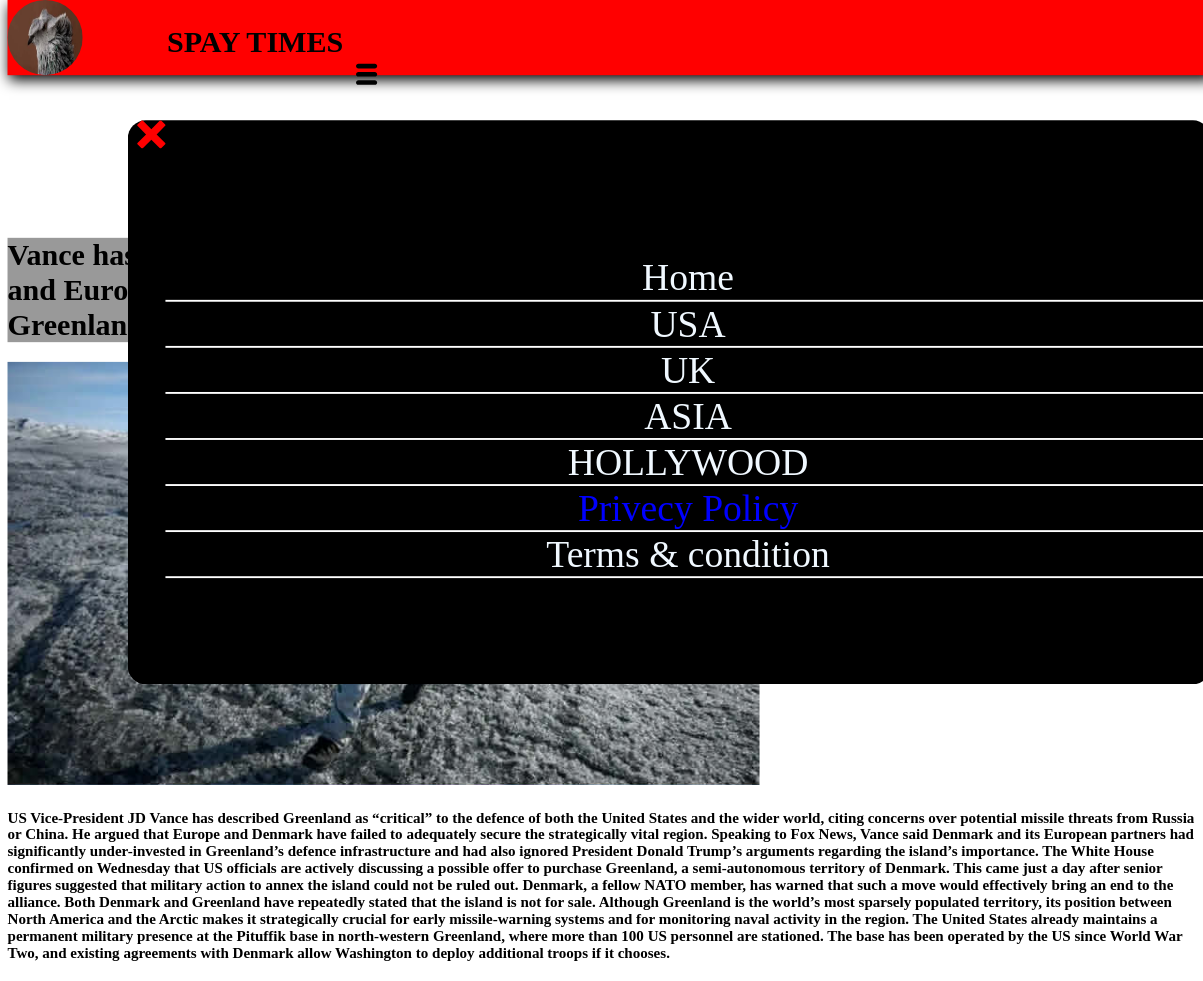
Repository: ridhukhan/spytimes
Page: /, after clicking the first element matching `svg`
An editor plug-in stored every save of this project. The page is shown before and after the next save, followed by the edit.
The browser window is 1280 px wide. The pictures show the whole page, at 94% of full size.
The project was rebuilt for these pictures with package versions that can differ from the ones it lists, and the page was loaded fresh each time. Also part of the build but not shown: vite.config.js.

Above is the page before, as saved 2026-01-10 07:29:15.

### index.html
<!doctype html>
<html lang="en">
  <head>
    <meta charset="UTF-8" />
    <link rel="icon" type="image/svg+xml" href="/vite.svg" />
    <meta name="6a97888e-site-verification" content="945cf2ffcb6885b11db89e632c2e0750">

    <meta name="viewport" content="width=device-width, initial-scale=1.0" />
    <title>spytimes</title>
  </head>
  <body>
    <div id="root"></div>
    <script type="module" src="/src/main.jsx"></script>
  </body>
</html>

### src/main.jsx
import { StrictMode } from 'react'
import {BrowserRouter} from "react-router-dom"

import { createRoot } from 'react-dom/client'
import './index.css'
import App from './App.jsx'
createRoot(document.getElementById('root')).render(
  <StrictMode>
    <BrowserRouter>
    <App />
    </BrowserRouter>
  </StrictMode>,
)

### src/index.css
@media screen and (max-width:414px){
  *{
    width: 100%;
    padding:0;
margin: 0;
  }

  body{
width: 100%;
background-color: white;
color: black;
  }
}

### src/App.jsx
import { Route, Routes } from "react-router-dom"
import Navbar from "./nav/Navbar"
import Home from "./pages/home/Home"



function App() {

  return (
    <div>
   <Navbar/>
   <Routes>
    <Route path="/" element={<Home/>}/>
   </Routes>
    </div>
  )
}

export default App

### src/nav/Navbar.jsx
import React from 'react'
import "./Navbar.css"
import { ImCross } from "react-icons/im";
import { TiThMenu } from "react-icons/ti";
import logo from "../assets/download.jpeg"
import { useState } from 'react';
const Navbar = () => {
    const [openmenu,setOpenmenu]=useState(false)
  return (
    <div style={{position:"fixed",backgroundColor:"red",display:"flex",
    width:"100%", height:"80px", top:"0", zIndex:"1000", boxShadow:"2px 5px 14px black"}}>
<img src={logo} alt="logo" style={{width:"80px", height:"80px", borderRadius:"100%"}}/>
<h1 style={{marginTop:"2%", marginLeft:"7%",}}>SPAY TIMES</h1>
<TiThMenu  onClick={()=>setOpenmenu(!openmenu)}  style={{width:"50px",height:"30px", marginTop:"5%", }}/>

   {openmenu? <div style={{display:"grid",position:"absolute",width:"90%",background:"black", height:"600px", zIndex:"999", marginTop:"10%", borderRadius:"19px", right:"0"}}>
<ImCross onClick={()=>setOpenmenu(null)} style={{ color:"red", left:"0", justifyContent:"flex-start", width:"50px", height:"30px"}}/>

  <ul>


    <li>Home</li>
    <li>USA</li>
    <li>UK</li>
    <li>ASIA</li>
    <li>HOLLYWOOD</li>
    <li style={{color:"blue"}}>Privecy Policy</li>
    <li>Terms &  condition</li>

  </ul>










   </div>: null}
    </div>
  )
}


export default Navbar

### src/pages/home/Home.jsx
import React from 'react'
import home1 from "../../assets/home1.jpeg"
const Home = () => {
  return (
    <div style={{marginTop:"20%"}}>


        <h1 style={{backgroundColor:"#999"}}>Vance has sharply criticizes Denmark <br /> and Europe over their role and management regarding <br /> Greenland.</h1>

        <img src={home1} alt="home1" />
       <h4>
        US Vice-President JD Vance has described Greenland as “critical” to the defence of both the United States and the wider world, citing concerns over potential missile threats from Russia or China. He argued that Europe and Denmark have failed to adequately secure the strategically vital region.

Speaking to Fox News, Vance said Denmark and its European partners had significantly under-invested in Greenland’s defence infrastructure and had also ignored President Donald Trump’s arguments regarding the island’s importance.

The White House confirmed on Wednesday that US officials are actively discussing a possible offer to purchase Greenland, a semi-autonomous territory of Denmark. This came just a day after senior figures suggested that military action to annex the island could not be ruled out.

Denmark, a fellow NATO member, has warned that such a move would effectively bring an end to the alliance. Both Denmark and Greenland have repeatedly stated that the island is not for sale.

Although Greenland is the world’s most sparsely populated territory, its position between North America and the Arctic makes it strategically crucial for early missile-warning systems and for monitoring naval activity in the region.

The United States already maintains a permanent military presence at the Pituffik base in north-western Greenland, where more than 100 US personnel are stationed. The base has been operated by the US since World War Two, and existing agreements with Denmark allow Washington to deploy additional troops if it chooses.
       </h4>

    </div>
  )
}

export default Home

### src/nav/Navbar.css
ul li{
text-align: center;
    color: aliceblue;
    border-bottom: 2px solid white;
    font-size: 40px;
    list-style: none;
    cursor: pointer;
}

After the next save:
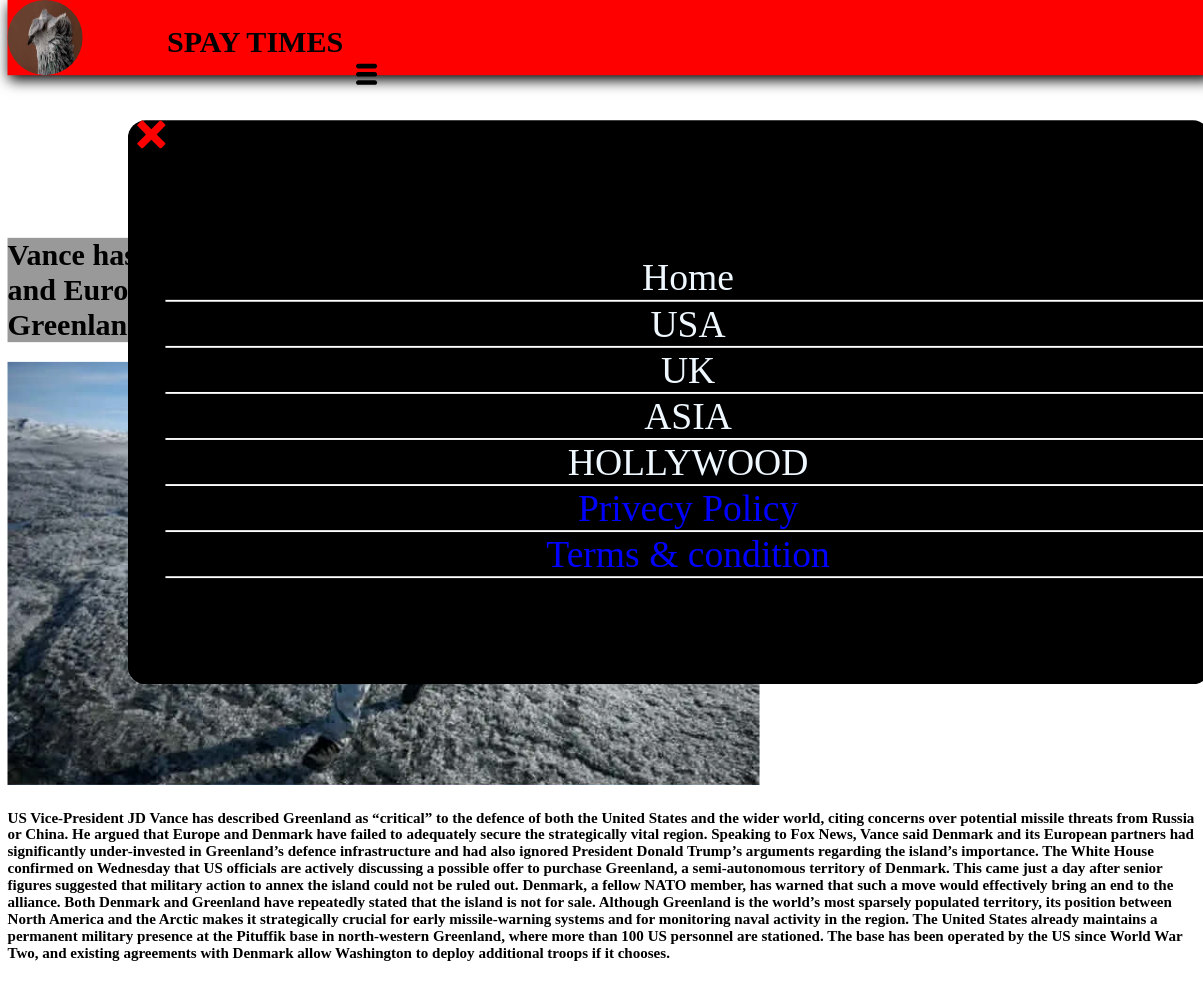
Saved 27 s later.
--- a/src/nav/Navbar.jsx
+++ b/src/nav/Navbar.jsx
@@ -25,7 +25,7 @@
     <li>ASIA</li>
     <li>HOLLYWOOD</li>
     <li style={{color:"blue"}}>Privecy Policy</li>
-    <li>Terms &  condition</li>
+    <li style={{color:"blue"}}>Terms &  condition</li>
 
   </ul>
 
